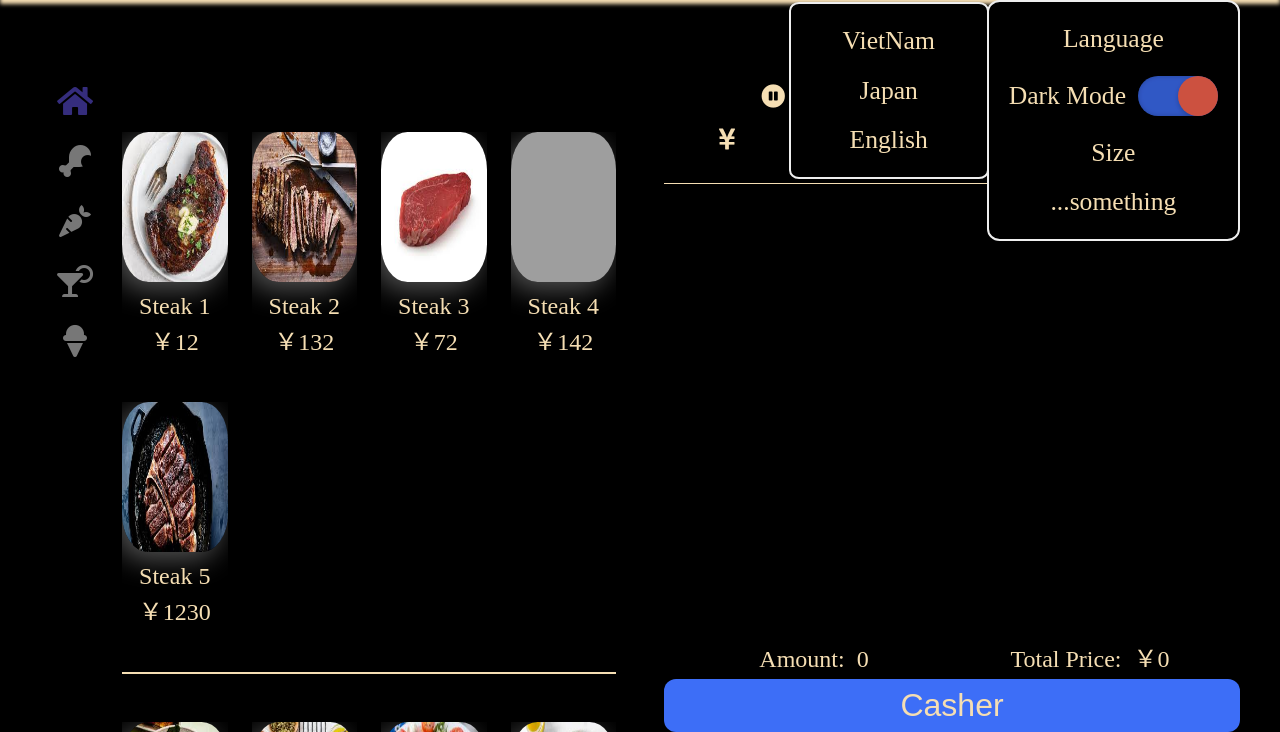
Repository: vuhungson158/Menu
Page: /, after clicking the first element matching `div.setting-icon`
An editor plug-in stored every save of this project. The page is shown before and after the next save, followed by the edit.
The browser window is 1280 px wide. The pictures show the whole page.
Pictures or frames that could not be fetched are drawn as grey boxes. An inner scrolling area shows only its first screen. The project was rebuilt for these pictures with package versions that can differ from the ones it lists, and the page was loaded fresh each time. Also part of the build but not shown: src/component/mainMenu/orderBlock/orderContent/OrderedItem.jsx, src/redux-store/actions/HoldActions.jsx, src/component/mainMenu/orderBlock/utilities/HoldItem.jsx.

Above is the page before, as saved 2021-08-22 19:49:34.

After the next save:
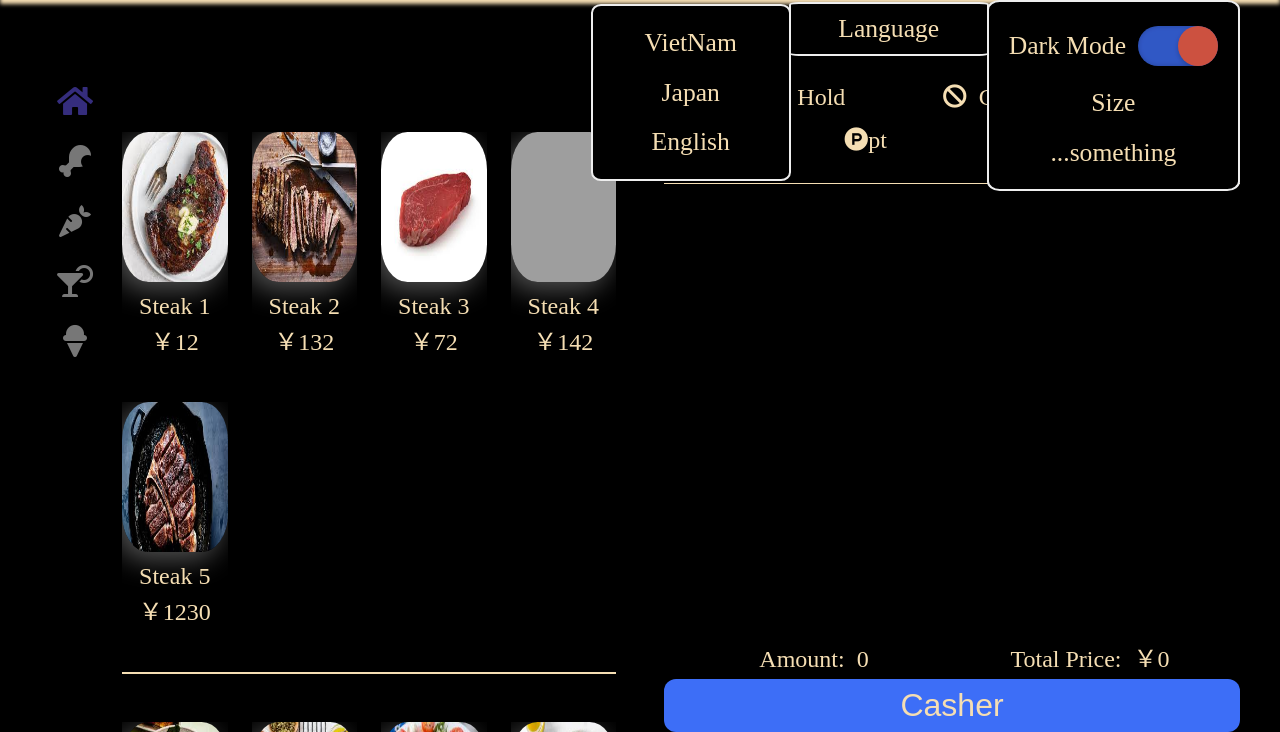
Saved 33 s later.
--- a/src/component/navbar/index.jsx
+++ b/src/component/navbar/index.jsx
@@ -39,7 +39,7 @@
                 {
                     active ?
                         <ul className="setting-menu">
-                            <li>
+                            <li className="language-menu">
                                 Language
                                 <ul className="language-menu">
                                     <li>VietNam</li>

After the save that followed:
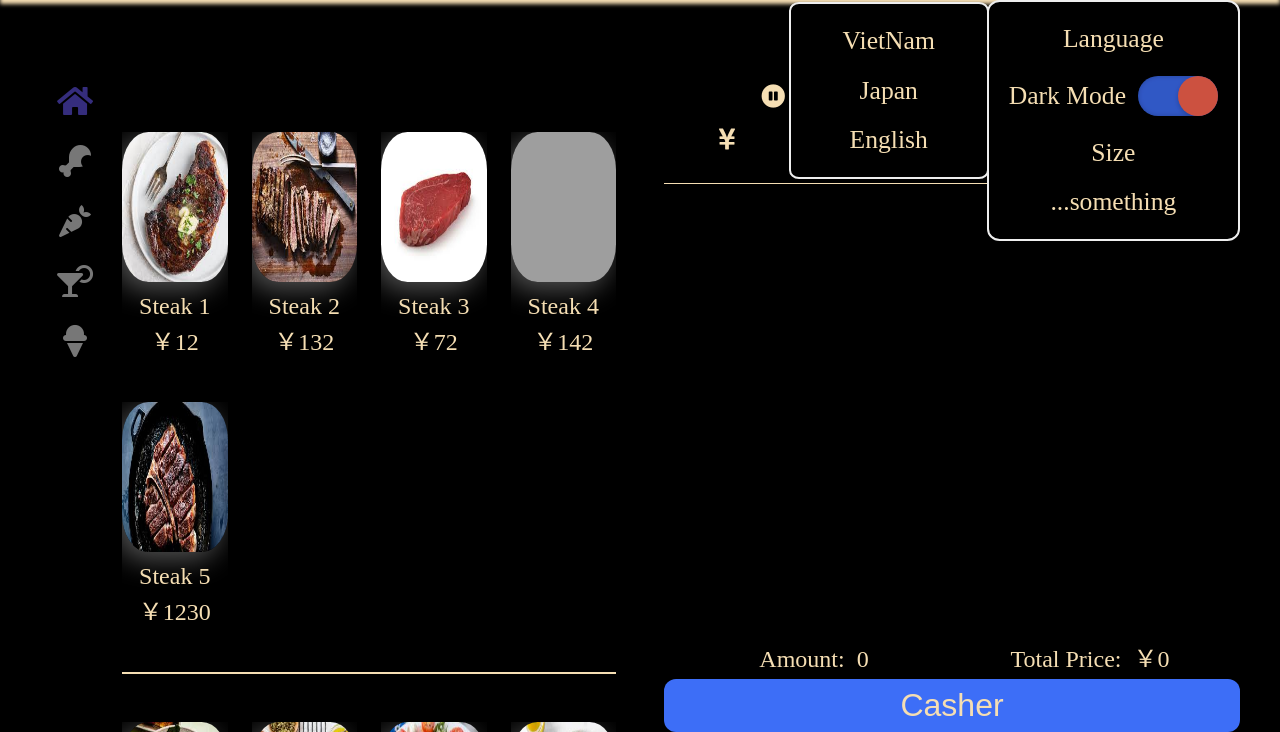
Saved 15 s later.
--- a/src/component/navbar/index.jsx
+++ b/src/component/navbar/index.jsx
@@ -39,7 +39,7 @@
                 {
                     active ?
                         <ul className="setting-menu">
-                            <li className="language-menu">
+                            <li className="language-btn">
                                 Language
                                 <ul className="language-menu">
                                     <li>VietNam</li>
